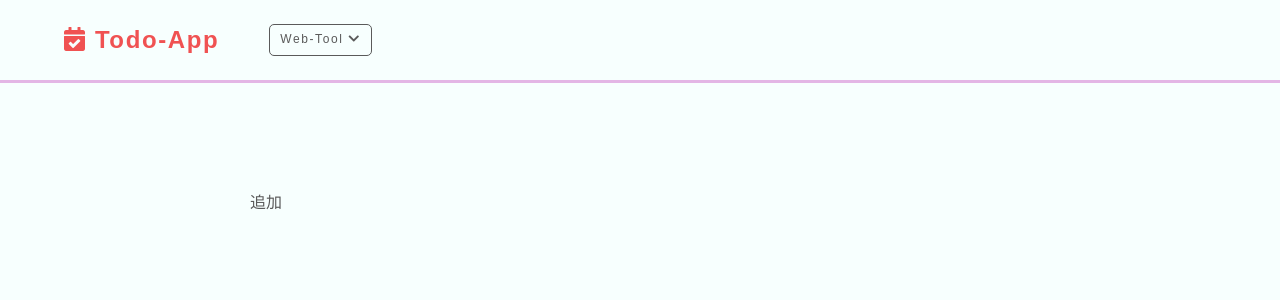
Repository: Hiroshii-m/todo_vue
Page: index.html
These files come from the project's save history. The page is drawn as it stood at one moment and after the next save; the edit follows.
The browser window is 1280 px wide. The pictures show the whole page.
The style sheet was rebuilt from its Sass, Less or Tailwind sources for each picture, by a compiler version that may differ from the author's.

Above is the page before, as saved 2021-06-26 17:56:38.

### index.html
<!DOCTYPE html>
<html lang="en">
<head>
    <meta charset="UTF-8">
    <meta http-equiv="X-UA-Compatible" content="IE=edge">
    <meta name="viewport" content="width=device-width, initial-scale=1.0">
    <link rel="stylesheet" href="node_modules/@fortawesome/fontawesome-free/css/all.css">
    <link rel="stylesheet" href="dist/css/style.css">
    <title>TODO APP Vue</title>
</head>
<body class="u-bgColor-base">

    <!-- header -->
    <header id="l-header" class="u-border-bottom">
        <div class="c-header">
            <h2 class="c-header__home">
                <i class="fas fa-calendar-check"></i>
                <a class="c-header__text" href="">Todo-App</a>
            </h2>
            <h3 class="c-header__other">
                Web-Tool
                <i class="fas fa-chevron-down"></i>
            </h3>
        </div>
    </header><!-- /header -->

    <!-- main -->
    <section id="l-main">
        <div class="c-main">
            <div id="l-addTask">
                <div class="c-addTask">
                    <input type="text" class="c-addTask__input">
                    <button class="c-addTask__add">追加</button>
                </div>
            </div>
            <div id="l-search"></div>
            <div id="l-list"></div>
        </div>
    </section>
    <!-- /main -->

</body>
</html>

### src/scss/style.scss

// ======================================
// foundation
// ======================================
@use 'foundation/reset';
@use 'foundation/variables';
@use 'foundation/base';
// ======================================
// layout
// ======================================
#l-header {
    width: 100%;
}
#l-main {
    padding: 80px;
}
// ======================================
// object
// ======================================
// Component
// **************************************
.c-header {
    width: 90%;
    height: 80px;
    margin: 0 auto;
    display: flex;
    align-items: center;
    &__home {
        margin-right: 50px;
        font-weight: bold;
        color: var(--color_red);
        font-size: var(--font-size_xl);
    }
    &__other {
        font-size: var(--font-size_s);
        padding: var(--space_s) var(--space_m);
        border: 1px solid var(--font-color_default);
        border-radius: 5px;
        cursor: pointer;
    }
}
.c-main {
    width: var(--site-width_xxl);
    margin: 0 auto;
}
// Project
// **************************************
// Utility
// **************************************
.u-border {
    &-bottom {
        border-bottom: 3px solid var(--color_accent);
    }
}
.u-bgColor {
    &-base {
        background: var(--color_base);
    }
}

### src/scss/foundation/_variables.scss
:root {
    --font-color_default: #5A5A5A;
    --color_base: #F7FFFE;
    --color_accent: #E3B6E5;
    --color_edit: #C8E4F4;
    --color_complete: #C8E4F4;
    --color_red: #F05252;
    --color_blue: #25A1EF;


    --site-width_xxl: 780px;
    --site-width_xl: 680px;
    --site-width_md: 580px;
    --site-width_ms: 414px;

    --font-size_s: 12px;
    --font-size_m: 14px;
    --font-size_default: 16px;
    --font-size_l: 18px;
    --font-size_xl: 24px;
    --font-size_xxl: 28px;
    --font-size_3l: 38px;


    --space_s: 5px;
    --space_m: 10px;
    --space_l: 15px;
    --space_xl: 20px;
    --space_xxl: 30px;
    --space_3l: 40px;

    --font-family_default: "メイリオ", sans-serif;
}

### src/scss/foundation/_base.scss
html, body {
    width: 100%;
    color: var(--font-color_default);
    line-height: 1.6;
    font-family: var(--font-family_default);
    letter-spacing: 0.1em;
}

p, a {
    -webkit-font-smoothing: antialiased;
}

img {
    width: 100%;
    height: 100%;
    vertical-align: bottom;
    object-fit: cover;
}

input {
    display: block;
    width: 100%;
}

textarea {
    resize: vertical;
    height: 30px;
}

::placeholder {
    color: #ccc;
}

iframe {
    width: 100%;
}

i {
    cursor: pointer;
}

Loaded but not shown: node_modules/@fortawesome/fontawesome-free/css/all.css (library); src/scss/foundation/_reset.scss (common file)

After the next save:
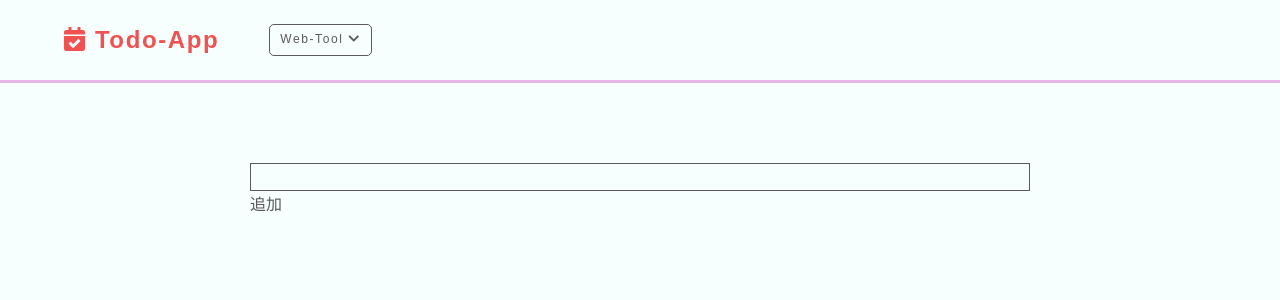
Saved 55 s later.
--- a/src/scss/foundation/_base.scss
+++ b/src/scss/foundation/_base.scss
@@ -20,6 +20,7 @@
 input {
     display: block;
     width: 100%;
+    border: 1px solid var(--font-color_default);
 }
 
 textarea {

After the save that followed:
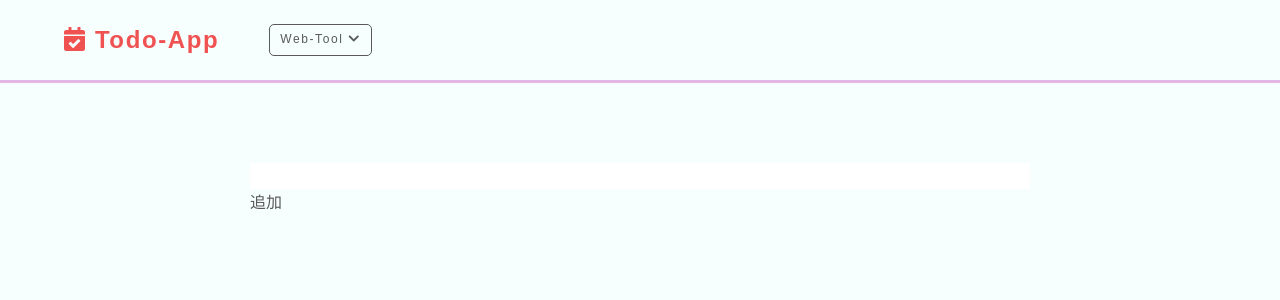
Saved 20 s later.
--- a/src/scss/foundation/_base.scss
+++ b/src/scss/foundation/_base.scss
@@ -20,7 +20,7 @@
 input {
     display: block;
     width: 100%;
-    border: 1px solid var(--font-color_default);
+    background: #fff;
 }
 
 textarea {
